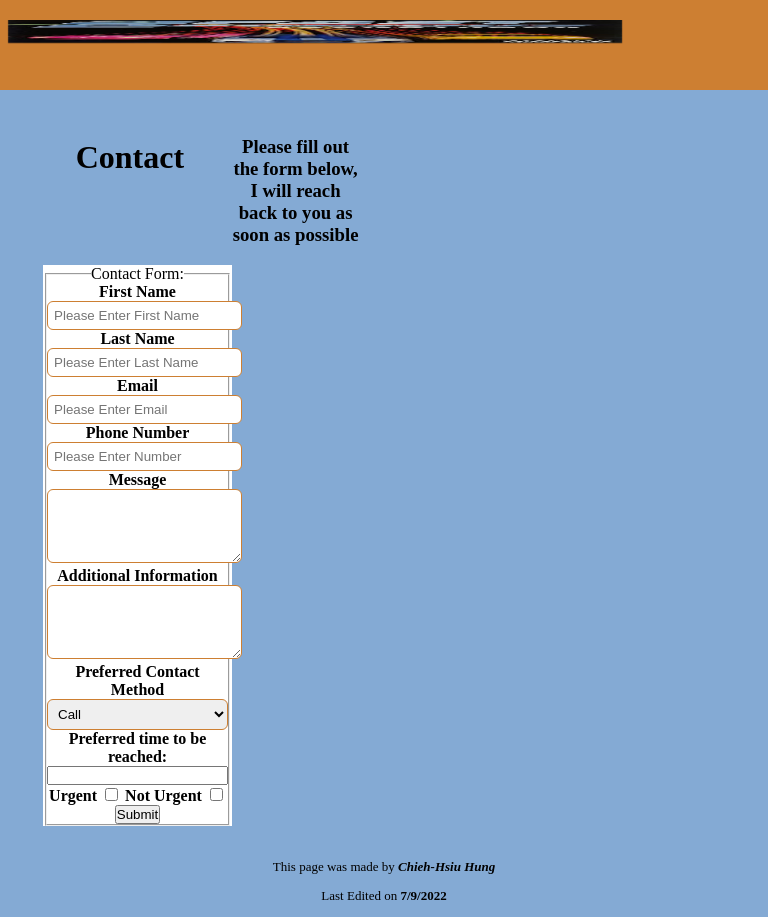
Repository: Chieh0501/fa22-cse110-lab3
Page: contacts.html
These files come from the project's save history. The page is drawn as it stood at one moment and after the next save; the edit follows.
The browser window is 768 px wide. The pictures show the whole page.

Above is the page before, as saved 2022-10-15 14:09:20.

After the next save:
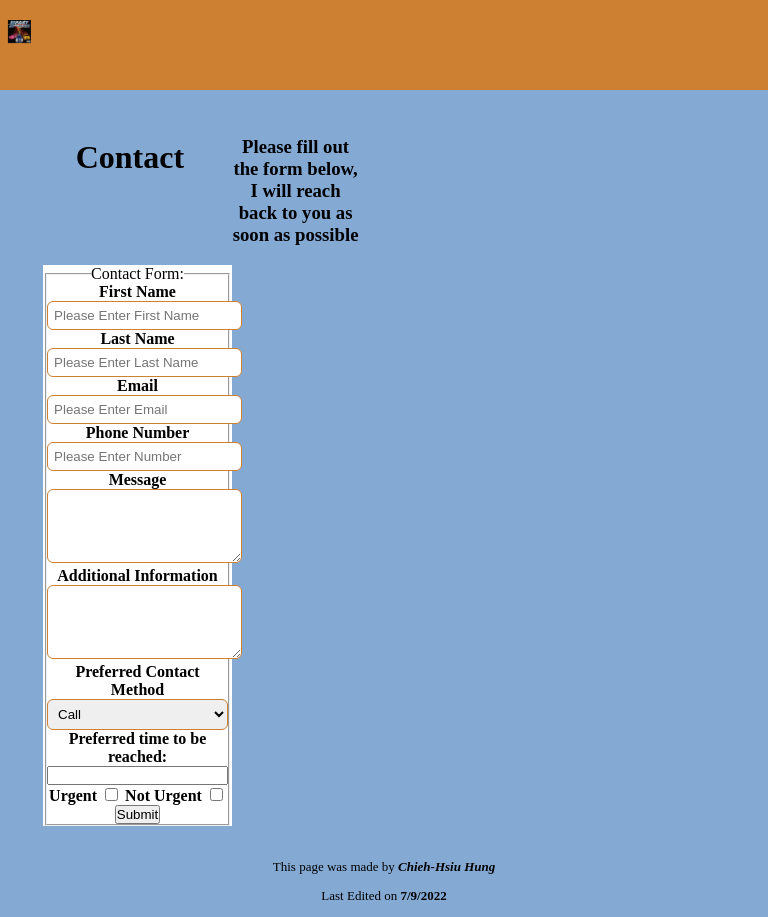
Saved 12 s later.
--- a/styles/main.css
+++ b/styles/main.css
@@ -251,9 +251,6 @@
   .title{
     display:none;
   }
-  img{
-    width: 80vw;
-  }
   #hamburger{
     display: block;
   }

After the save that followed:
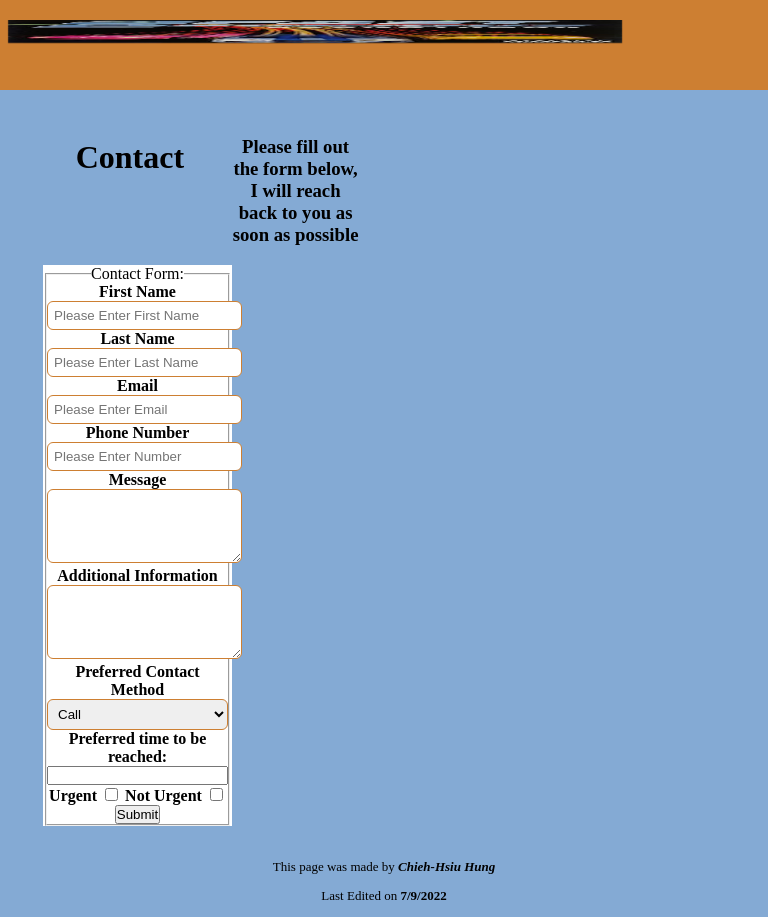
Saved 13 s later.
--- a/styles/main.css
+++ b/styles/main.css
@@ -269,6 +269,7 @@
   }
   img#logo {
     position: fixed;
+    width: 80vw
   }
 }
 /* a:link { color: #3366BB; }
